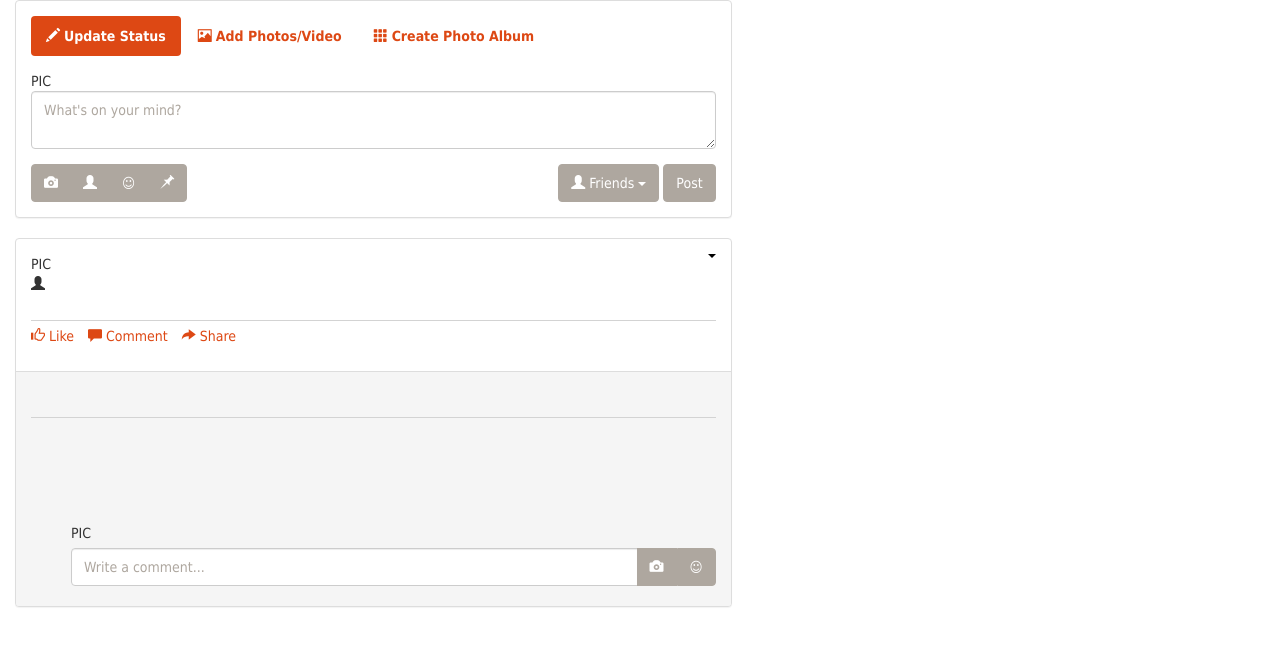
Repository: harshagithub19/news_feed
Page: fbapp3/src/main/webapp/newcheck.html
The author's editor kept a copy of each file at every save. The page is drawn from the files as they stood at one save, then again after the next save.
The browser window is 1280 px wide. The pictures show the whole page.
The page's requests for data from a server got no answer. Some web fonts or font styles are not loaded; a fallback is used. Some web libraries are served in a nearby version.

Above is the page before, as saved 2017-03-05 02:30:44.

### fbapp3/src/main/webapp/newcheck.html
<!DOCTYPE html>
<html>
<head>
<meta charset="UTF-8">
<meta http-equiv="Content-Type" content="text/html; charset=ISO-8859-1">


<script src="https://ajax.googleapis.com/ajax/libs/jquery/3.1.1/jquery.min.js"></script>
<script src="https://ajax.googleapis.com/ajax/libs/jquery/3.1.1/jquery.ui.min.js"></script>
<script src="https://maxcdn.bootstrapcdn.com/bootstrap/3.3.7/js/bootstrap.min.js"></script>
<script type="text/javascript" src="http://cdn.jsdelivr.net/jquery.cookie/1.3.1/jquery.cookie.js"></script>
<link href="bootstrap/css/bootstrap.css" rel="stylesheet" />
<link href="assets/css/bootstrap-united.css" rel="stylesheet" />



<style type="text/css" >
  hr {
  margin-top: 5px;
  margin-bottom: 5px;
  /* The color of `hr` is set by its top border color.
     Yeah, it's weird. */
  border-top: 1px solid lightgray;
}
</style>

<script type="text/javascript">

  $(document).ready(function(){

	  //  var obj1 = {user_id:21};
	//	var myJSON1 = JSON.stringify(obj1);
	var user_id=21;
	var stat_id; // global variable for status that is fetched
  	       	$.ajax({
  	                   url: "http://localhost:8080/fbapp3/webapi/status/21/",
  	                   type: "GET",
  	                   //data: "myJSON1",
  	                   dataType: "json",
  	                   contentType : "application/json",
  	                   crossDomain: true,
  	                   processData: true,
  	                   success: function(response){


  	                	if(response!=null){
  	                		 //alert("working");

  	                       var data =JSON.parse(JSON.stringify(response));
  	                     //alert(data);
  	                       stat_id= data[0].statusID;
  	                      // window.alert(stat_id);

  	                     var forstatus;

	                	   forstatus = "<p"+">"+ data[0].status_desc+ "</p>";
	                	   $("#forstatus").html(forstatus);


	                	   var dateandperson;

	                	       dateandperson = "<a href="+"#"+">"+ data[0].author_id+ "</a>";
	                	       dateandperson += "<br"+">"+ data[0].created;


	                	   $("#dateandperson").html(dateandperson);


	                	   var x = data[0].likes_count;
		               	   alert(data[0].likes_count);
		               	   alert(data[0].statusID);
		               	   var lc;
		               	   //lc="<a href="+"#"+">"+13+ "</a>";
		               	   lc="<a class="+"like_class"+" href="+"#"+">"+13+"</a>";
		               	   $("#likescount").html(lc);

  	                      var cmnt=data[0].a;
  	                      var output= "<ul class="+"media-list"+">";
	                	   for (i=0; i < cmnt.length; i++){
	                	      // output += "<li class="+"media"+">"+ cmnt[i].comment_desc+ "</li>" +"<hr>";
	                	     // output+= "<li class="+"media"+">" + "<div class="+"media-left"+">"+PIC+"</div>"+"<div class="+"media-body"+">" + cmnt[i].comment_desc+"</div>"+"</li>"+"<hr>"
	                	       output+= "<li class="+"media"+">" +"<div class="+"media-left"+">"+cmnt[i].userID+"</div>"+"<div class="+"media-body"+">"+cmnt[i].comment_desc+"</div>"+"</li>"+"<hr>";
	                	   }
	                	   output += "</ul>";
  	                	   $("#output").html(output);


  	                       /***


		  	                	       // status
		  	                	        var forstatus="<p>"+data[0].status_desc+"</p";

		  	                	      //comments
				  	                	var output= "<ul class="+"media-list"+">";
				  	                	   for (i=0; i < data.length; i++){
				  	                	       output += "<li class="+"media"+">"+ data[0].a[i].comment_desc+ "</li>";

				  	                	   }

				  	                	   output += "</ul>";
				  	                	   $("#output").html(output);
				  	                	 //
				  	                	//date and person
				  	  	                	var dateandperson;

				  	  	                	       dateandperson += "<a href="+"#"+">"+ data[0].user_id+ "</a>";
				  	  	                	      // dateandperson += "<br>"+ data[0].created;


				  	  	                	   $("#dateandperson").html(dateandperson);


  	                       ***/


  	                }

  	                    else
  	                    {
							//	alert("not working");
  	                    	   window.location.href = "AddInfo.html";
  	                    	   }
  	                     },
  	          			error: function(e){
  	            					alert('Error121212: ' + e);
  	            					alert(e.toString());
  	          			}

  	    	  });

  	    //$('a[href="#thumbs-up"]').click(function(e){


  		/* $('a[href="#thumbs-up"]').on('click', 'span.glyphicon glyphicon-thumbs-up',function() {
  			// $('.like_class').html(function(i,val){
  		       var reference = this;
  		        // window.alert("hello");

  		        //alert('follow');
  		       e.preventDefault();
  		       minclose();

  		      // return val*1+1
  		     //});

  		        //$(reference).removeClass("follow");
  		        //$(reference).addClass("unfollow");




  	      }); */

  	    $('a[href="#thumbs-up"]').on('click', 'span.glyphicon glyphicon-thumbs-up', function(e) {
  	    	e.preventDefault();
  	    	var reference = this;
  	        alert('follow');
  	        minclose();
  	        $(reference).removeClass("glyphicon glyphicon-thumbs-up");
  	        $(reference).addClass("glyphicon glyphicon-user");
  	    });

  			//closing of  $('a[href="#thumbs-up"]')


	 });

  	    function minclose(){
  	      var obj = { lstatusID:2,luserID:99}; //luserID will be fetched from web token i.e user who is currently logged in
          var myJSON = JSON.stringify(obj);
 	       	alert('hereeeeeee');
  	    	$.ajax({

                type: "POST",
                url: "http://localhost:8080/fbapp3/webapi/status/incrementLike",
                data: myJSON,
                contentType : "application/json",
                dataType: "json",
                 success:function(resp) {
                     if(resp==true){
                        window.alert("liked successfully");
                  	  }
                     else
                  	   {
                    	 window.alert("error mode");
                  	   }
                    },
                    error: function(jqXHR, textStatus, errorThrown){
	                     console.log("Something really bad happened " + textStatus);
	                      $("#ajaxResponse").html(jqXHR.responseText);
	                },
	                beforeSend: function(jqXHR, settings){
	                    $('#myButton').attr("disabled", true);
	                },complete: function(jqXHR, textStatus){
	                    $('#myButton').attr("disabled", false);
	                }

           });

  	    }





</script>
<title>Insert title here</title>
</head>
<body>


<!-- Main feed: A cell that spans 7 columns -->
<div class="col-md-7">
  <!-- Status update entry -->
  <div class="panel panel-default">
    <div class="panel-body">

	    <ul class="nav nav-pills">
	      <li role="presentation" class="active">
	        <a href="#"><span class="glyphicon glyphicon-pencil"></span> <strong>Update Status</strong></a>
	      </li>
	      <li role="presentation">
	        <a href="#"><span class="glyphicon glyphicon-picture"></span> <strong>Add Photos/Video</strong></a>
	      </li>
	      <li role="presentation">
	        <a href="#"><span class="glyphicon glyphicon-th"></span> <strong>Create Photo Album</strong></a>
	      </li>
	    </ul>

        <div class="media">
			  <div class="media-left media-top">
			    PIC
			  </div>
			  <div class="media-body">
			    <div class="form-group">
			      <!-- rows="2" means "display the textarea as 2 rows high". The user can
			           enter more than 2 rows of text. -->
			      <textarea class="form-control" rows="2" placeholder="What's on your mind?"></textarea>
			    </div>
			  </div>
       </div>

      <div class="row">
		  <div class="col-md-6">
		    <div class="btn-group" role="group">
		      <button type="button" class="btn btn-default">
		        <span class="glyphicon glyphicon-camera"></span>
		      </button>
		      <button type="button" class="btn btn-default">
		        <span class="glyphicon glyphicon-user"></span>
		      </button>
		      <button type="button" class="btn btn-default">
		        ☺
		      </button>
		      <button type="button" class="btn btn-default">
		        <span class="glyphicon glyphicon-pushpin"></span>
		      </button>
		    </div>
		  </div>
		  <div class="col-md-6">
		    <div class="pull-right">
		      <button type="button" class="btn btn-default">
		        <span class="glyphicon glyphicon-user"></span> Friends <span class="caret"></span>
		      </button>
		      <button type="button" class="btn btn-default">
		        Post
		      </button>
		    </div>
		  </div>
     </div>




    </div>
  </div>
  <!-- Status update #1 -->
  <div class="panel panel-default">
  <div class="panel-body">
    <!-- Post metadata -->
    <div class="row">
      <div class="col-md-10">
        <div class="media">
          <div class="media-left media-top">PIC</div>
          <div class="media-body">
            <p id="dateandperson">
            <span class="glyphicon glyphicon-user"></span>
          </div>
        </div>
      </div>
      <div class="col-md-2">
        <span class="caret pull-right"></span>
      </div>
    </div>
    <!-- Post content -->
    <div class="row">
      <div class="col-md-12">
       <p id="forstatus">
      </div>
    </div>
  <hr>
  <div class="row">
		  <div class="col-md-12">
		    <ul class="list-inline">
		      <li>
		      <a href="#thumbs-up"><span class="glyphicon glyphicon-thumbs-up"></span> Like</a>
		      </li>
		      <li>
		      <a href="#"><span class="glyphicon glyphicon-comment"></span> Comment</a>
		      </li>
		      <li>
		      <a href="#"><span class="glyphicon glyphicon-share-alt"></span> Share</a>
		      </li>
		    </ul>
		  </div>
  </div>
 </div> <!--  div of panel body for status update 1 -->
 <!-- panel body footer -->
 <div class="panel-footer" id="o">
	  <div class="row">
	   <!-- <div class="col-md-12"> -->
	       <p id="likescount"></p>
	       <br>
	    <!-- </div>  -->

	   </div>


  <hr>
  <div class="pre-scrollable" style="height:100px;">
       <p id="output"></p>
       <br>

  </div>

   <ul>
   <li class="media">
      <div class="media-left" style= "height:25px;width:25px;">
        PIC
      </div>
      <div class="media-body">
        <div class="input-group">
          <input type="text" class="form-control" placeholder="Write a comment...">
          <span class="input-group-btn">
            <button class="btn btn-default" type="button">
              <span class="glyphicon glyphicon-camera"></span>
            </button>
            <button class="btn btn-default" type="button">
              ☺
            </button>
          </span>
        </div>
      </div>
    </li>
   </ul>


 <!--   <ul class="media-list">
    <li class="media">
      <div class="media-left media-top">
        PIC
      </div>
      <div class="media-body">
        <a href="#">Someone Else</a> hope everything is ok!

      </div>
    </li>
    <li class="media">
      <div class="media-left media-top">
        PIC
      </div>
      <div class="media-body">
        <div class="input-group">
          <input type="text" class="form-control" placeholder="Write a comment...">
          <span class="input-group-btn">
            <button class="btn btn-default" type="button">
              <span class="glyphicon glyphicon-camera"></span>
            </button>
            <button class="btn btn-default" type="button">
              ☺
            </button>
          </span>
        </div>
      </div>
    </li>
  </ul> -->



</div>



</div> <!--  div of panel default for status update 1 -->

</div>





</body>
</html>

Loaded but not shown: fbapp3/src/main/webapp/bootstrap/css/bootstrap.css (library); fbapp3/src/main/webapp/assets/css/bootstrap-united.css (library)

After the next save:
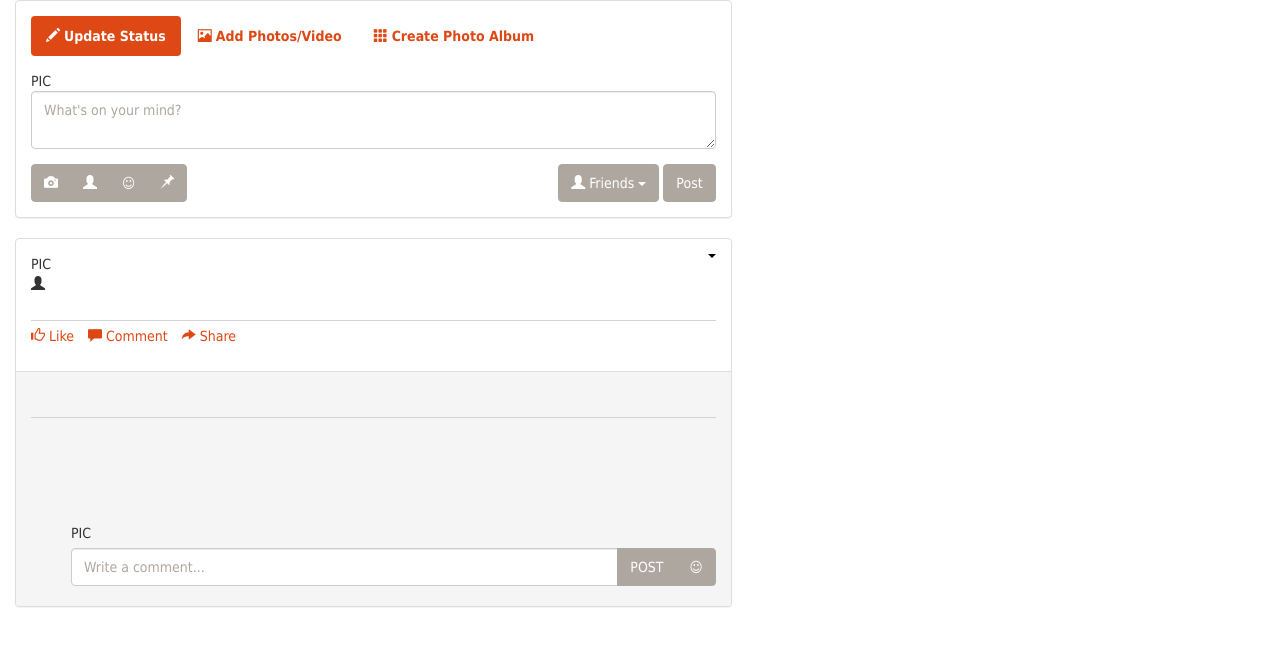
Saved 4 min 18 s later.
--- a/fbapp3/src/main/webapp/newcheck.html
+++ b/fbapp3/src/main/webapp/newcheck.html
@@ -343,8 +343,8 @@
         <div class="input-group">
           <input type="text" class="form-control" placeholder="Write a comment...">
           <span class="input-group-btn">
-            <button class="btn btn-default" type="button">
-              <span class="glyphicon glyphicon-camera"></span>
+            <button type="button" class="btn btn-default">
+              POST
             </button>
             <button class="btn btn-default" type="button">
               ☺
